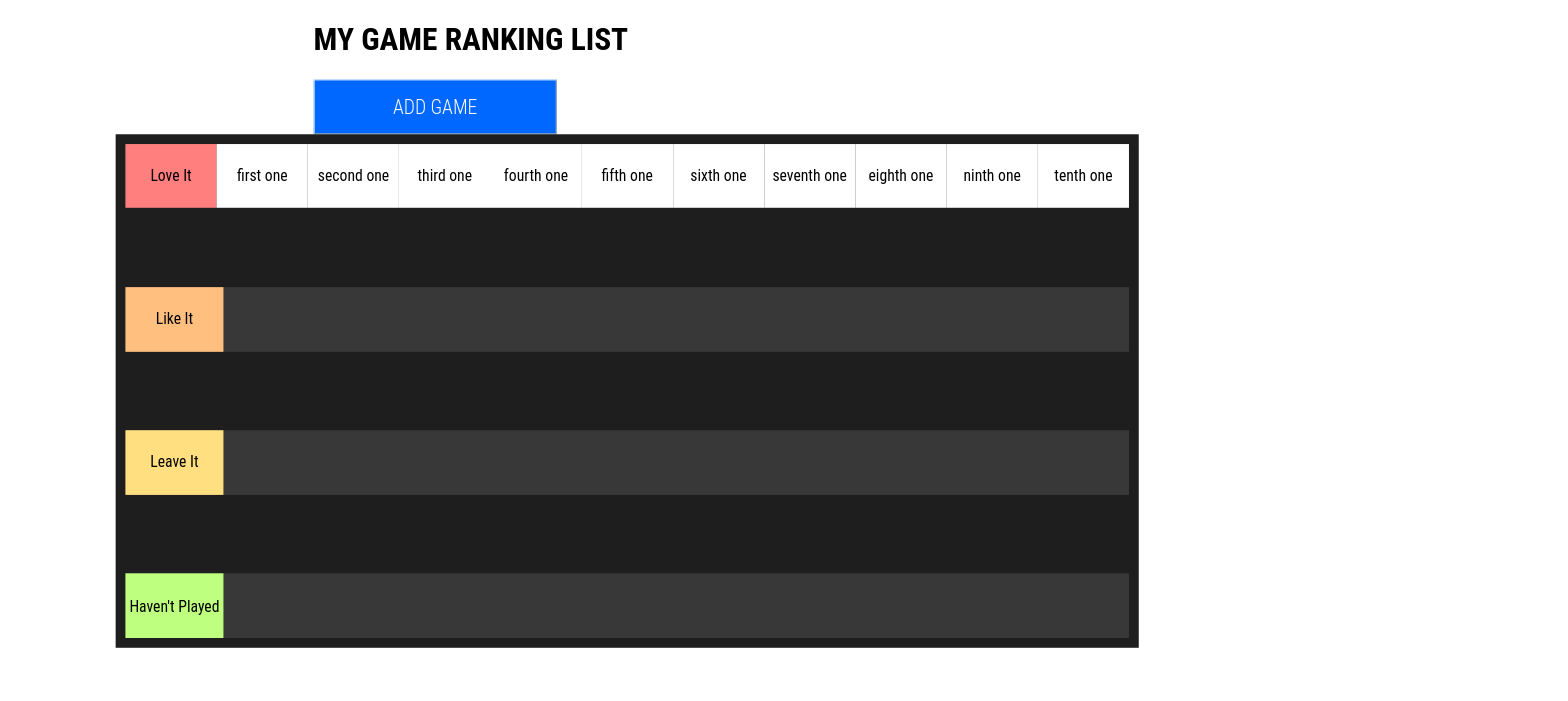
Repository: akiachenise/akiachenise.github.io
Page: JackboxGames_TierList_vanilla/index.html
These files come from the project's save history. The page is drawn as it stood at one moment and after the next save; the edit follows.
The browser window is 1280 px wide. The page is 1600 px wide, so the pictures cover 1600 px, including what lies to the right of the window. The pictures show the whole page, at 98% of full size.

Above is the page before, as saved 2022-11-26 17:43:30.

### JackboxGames_TierList_vanilla/index.html
<!DOCTYPE html>
<!--[if lt IE 7]>      <html class="no-js lt-ie9 lt-ie8 lt-ie7"> <![endif]-->
<!--[if IE 7]>         <html class="no-js lt-ie9 lt-ie8"> <![endif]-->
<!--[if IE 8]>         <html class="no-js lt-ie9"> <![endif]-->
<!--[if gt IE 8]>      <html class="no-js"> <!--<![endif]-->
<html lang="en-US">
  <head>
    <meta charset="utf-8" />
    <meta http-equiv="X-UA-Compatible" content="IE=edge" />
    <title>My Game Ranking List</title>
    <meta name="description" content="My Game Ranking" />
    <meta name="viewport" content="width=device-width, initial-scale=1" />
    <link rel="stylesheet" type="text/css" href="css/stylesheet.css" />
    <link rel="stylesheet" href="https://fonts.googleapis.com/css2?family=Roboto&display=swap">
  </head>
  <body>
    <!--[if lt IE 7]>
      <p class="browsehappy">
        You are using an <strong>outdated</strong> browser. Please
        <a href="#">upgrade your browser</a> to improve your experience.
      </p>
    <![endif]-->
    <span class="headerContainer">
        <h1>My Game Ranking List</h1>
        <button id="addCard" class="add">Add Game</button>
    </span>
    <div id="board">
        <div class = "row">
            <div class = "label">Love It</div>
            <div class="card" id="first" draggable="true">first one</div>
            <div class="card" id="second" draggable="true">second one</div>
            <div class="card" id="third" draggable="true">third one</div>
            <div class="card" id="fourth" draggable="true">fourth one</div>
            <div class="card" id="fifth" draggable="true">fifth one</div>
            <div class="card" id="sixth" draggable="true">sixth one</div>
            <div class="card" id="seventh" draggable="true">seventh one</div>
            <div class="card" id="eighth" draggable="true">eighth one</div>
            <div class="card" id="ninth" draggable="true">ninth one</div>
            <div class="card" id="ninth" draggable="true">tenth one</div>

        </div>
        <div class = "row">
            <div class = "label">Like It</div>
        </div>
        <div class = "row">
            <div class = "label">Leave It</div>
        </div>
        <div class = "row">
            <div class = "label">Haven't Played</div>
        </div>

    </div>


    <script src="js/cards.js" async defer></script>
    <script src="js/rows.js" async defer></script>
  </body>
</html>

### JackboxGames_TierList_vanilla/css/stylesheet.css
body {
    font-family: 'Roboto Condensed', Sans-serif;
    margin: 0;
    display: flex;
    flex-direction: column;
    align-items: center;
    justify-content: center;
}

.headerContainer {
    display: block;
    width: 100vw;
    align-items: center;
    padding-left: 40rem;

}

h1 {
    text-transform: uppercase;
}
button {
    font-family: 'Roboto Condensed', Sans-serif;
    font-weight: 100;
    font-size: 20px;
    text-transform: uppercase;
    border-width: 1px 1px 1px 1px;
    border-radius: 0px 0px 0px 0px;
    border-color: white;
    color: white;
    background: rgba(0,103,255,1);
    padding: 15px 80px 15px 80px;



}

#board {
    display: flex;
    flex-direction: column;
    align-items: center;
    justify-content: space-between;
    padding: 10px;
    width: 80vw;
    height: 70vh;
    background-color: rgb(30, 30, 30);
}

.row {
    display: flex;
    width: 100%;
    height: 13%;
    background-color: rgb(56, 56, 56);
}

.label {
    display: flex;
    justify-content: center;
    align-items: center;
    height: 100%;
    width: 100px;
    background-color: orange;
}

.card {
    height: 100%;
    width: 100px;
    display: flex;
    justify-content: center;
    align-items: center;
    background-color: white;
}

### JackboxGames_TierList_vanilla/js/cards.js
const cards = document.querySelectorAll('.card');

const onDragStart = (event) => {
    console.log('dragging the element');
    event.dataTransfer.setData('id', event.target.id);
    setTimeout(() => {
        event.target.style.visibility = 'hidden';
    }, 50)
}

const onDragEnd = (event) => {
    event.target.style.visibility = 'visible';
    console.log('ended the drag');
}

cards.forEach((card) => {
    card.ondragstart = onDragStart;
    card.ondragend = onDragEnd;


})

### JackboxGames_TierList_vanilla/js/rows.js
const rows = document.querySelectorAll('.row');
const colorRanks = ['rgb(255, 127, 127)', 'rgb(255, 191, 127)', 'rgb(255, 223, 127)' , 'rgb(191, 255, 127)'];

const onDragOver = (event) => {
    event.preventDefault();
}

const onDrop = (event) => {
   event.preventDefault();
   const draggedCardId = event.dataTransfer.getData('id');
   const draggedCard = document.getElementById(draggedCardId);
   event.target.appendChild(draggedCard);
   console.log('dropped the element');
}

rows.forEach((row, index) => {
    const label = row.querySelector('.label');
    label.style.backgroundColor = colorRanks[index];
    row.ondragover = onDragOver;
    row.ondrop = onDrop;
})

After the next save:
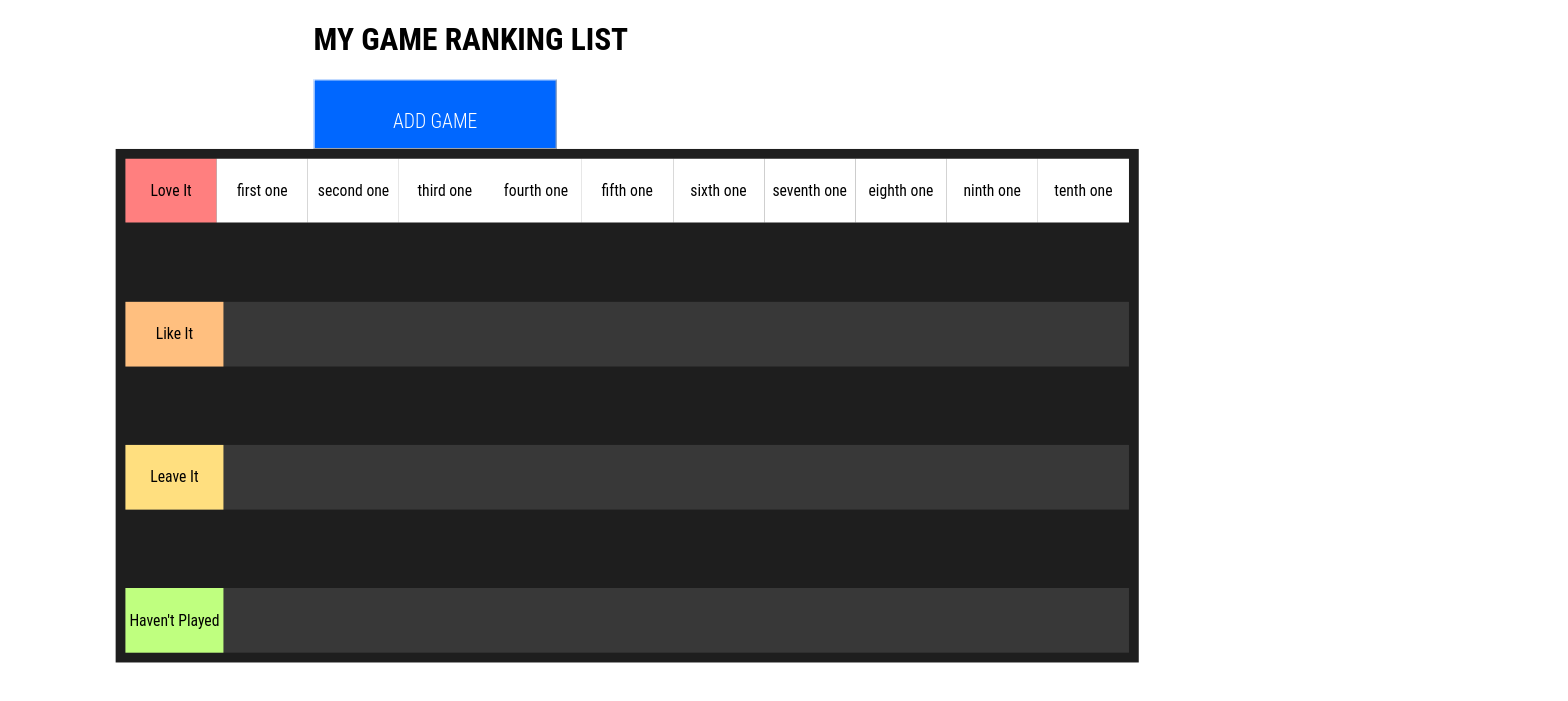
Saved 43 s later.
--- a/JackboxGames_TierList_vanilla/css/stylesheet.css
+++ b/JackboxGames_TierList_vanilla/css/stylesheet.css
@@ -28,7 +28,7 @@ button {
     border-color: white;
     color: white;
     background: rgba(0,103,255,1);
-    padding: 15px 80px 15px 80px;
+    padding: 30px 80px 15px 80px;
 
 
 

After the save that followed:
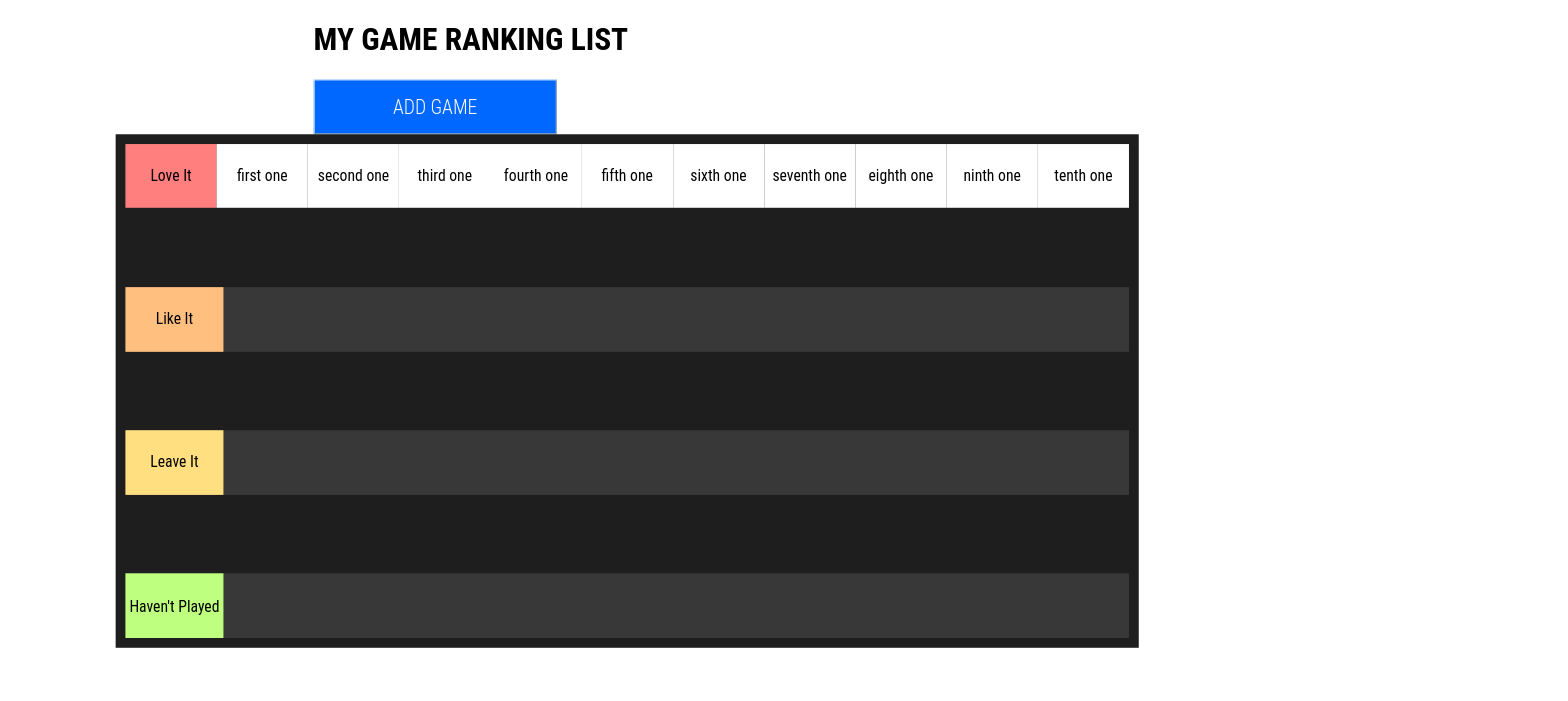
Saved 12 s later.
--- a/JackboxGames_TierList_vanilla/css/stylesheet.css
+++ b/JackboxGames_TierList_vanilla/css/stylesheet.css
@@ -28,7 +28,7 @@ button {
     border-color: white;
     color: white;
     background: rgba(0,103,255,1);
-    padding: 30px 80px 15px 80px;
+    padding: 15px 80px 15px 80px;
 
 
 
